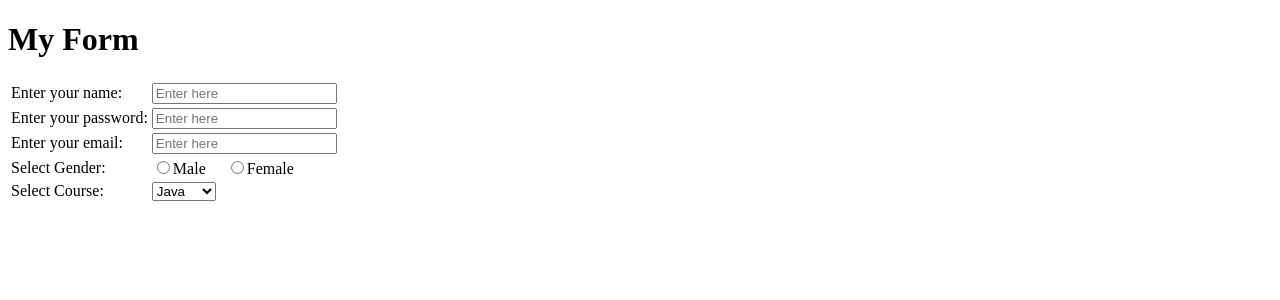
Repository: riddhiwho/Eclipse-Projects
Page: PracticeForm/src/main/webapp/index.html
These files come from the project's save history. The page is drawn as it stood at one moment and after the next save; the edit follows.
The browser window is 1280 px wide. The pictures show the whole page.

Above is the page before, as saved 2021-06-03 10:16:32.

### PracticeForm/src/main/webapp/index.html
<!DOCTYPE html>
<html>
<head>
<meta charset="UTF-8">
<title>Form Page</title>
</head>
<body>
	<div class=container>
		<h1>My Form</h1>
		<form action="RegisterServlet" method="post">
			<table>
				<tr>
					<td>Enter your name:</td>
					<td> <input type="text" name="user_name" placeholder="Enter here"/> </td>
				</tr>
				<tr>
					<td>Enter your password:</td>
					<td> <input type="password" name="user_password" placeholder="Enter here"/> </td>
				</tr>
				<tr>
					<td>Enter your email:</td>
					<td> <input type="email" name="user_email" placeholder="Enter here"/> </td>
				</tr>
				<tr>
					<td>Select Gender:</td>
					<td> <input type="radio" name="user_gender" value="male">Male &nbsp; &nbsp; <input type="radio" name="user_gender" value="female">Female</td>
				</tr>
				<tr>
					<td>Select Course:</td>
					<td>
						<select name="user_course">
							<option value="Java">Java</option>
							<option value="Go">Go</option>
							<option value="Rust">Rust</option>
							<option value="Python">Python</option>
						</select>
					</td>
				</tr>
			</table>

		</form>
	</div>
</body>
</html>

After the next save:
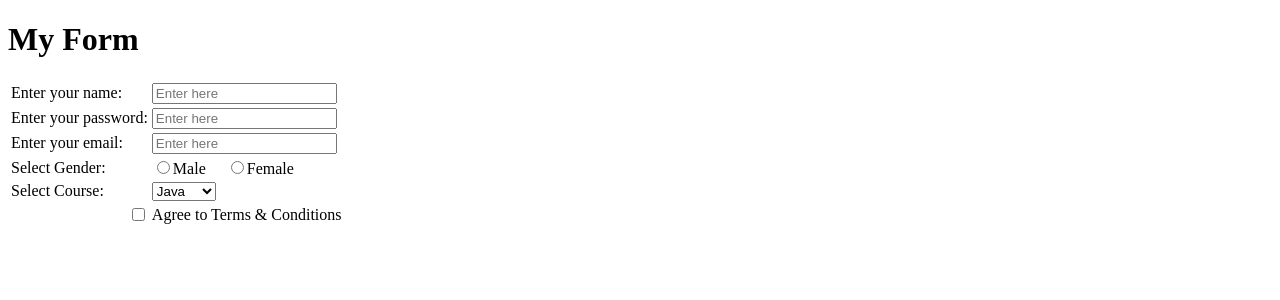
Saved 3 min 45 s later.
--- a/PracticeForm/src/main/webapp/index.html
+++ b/PracticeForm/src/main/webapp/index.html
@@ -36,6 +36,12 @@
 						</select>
 					</td>
 				</tr>
+				<tr>
+					<td style="text-align: right;">
+						<input type="checkbox" value="checked" name="condition" />
+					</td>
+					<td>Agree to Terms & Conditions</td>
+				</tr>
 			</table>
 
 		</form>
